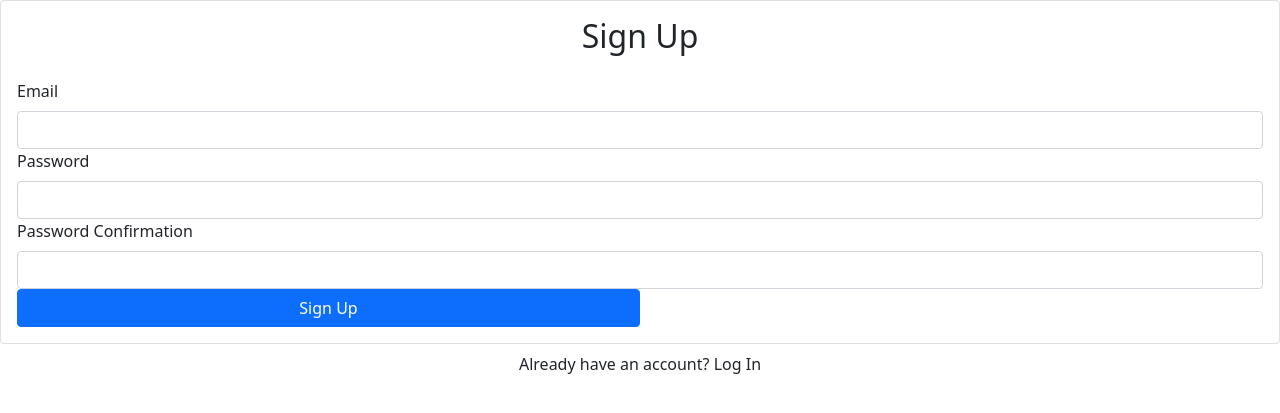
Repository: carinvid/reach-eshop
Page: /signup
These files come from the project's save history. The page is drawn as it stood at one moment and after the next save; the edit follows.
The browser window is 1280 px wide. The pictures show the whole page.
The page's requests for data from a server got no answer. The project was rebuilt for these pictures with package versions that can differ from the ones it lists, and the page was loaded fresh each time. No one was signed in, and anything a server would have sent is missing. Also part of the build but not shown: src/Header.css, src/Header.js, src/Home.css, src/Product.css, src/Product.js, src/Home.js, src/Checkout.css, src/CheckoutProduct.css and 7 more.

Above is the page before, as saved 2022-04-06 15:21:30.

### public/index.html
<!DOCTYPE html>
<html lang="en">
  <head>
    <meta charset="utf-8" />

    <meta name="viewport" content="width=device-width, initial-scale=1" />
    <meta name="theme-color" content="#000000" />

    <title>React App</title>
  </head>
  <body>

    <div id="root"></div>

  </body>
</html>

### src/index.js
import React from 'react';
import ReactDOM from 'react-dom';
import './index.css';
import App from './App';
import reducer, { initialState} from './reducer';
import { StateProvider } from './StateProvider';
import "bootstrap/dist/css/bootstrap.min.css"

ReactDOM.render(
  <React.StrictMode>
    <StateProvider initialState={initialState} reducer = { reducer }>
    <App />
    </StateProvider>
  </React.StrictMode>,
  document.getElementById('root')
);

### src/index.css
body {
  margin: 0;
  background-color: rgba(234, 237,237);
  font-family: -apple-system, BlinkMacSystemFont, 'Segoe UI', 'Roboto', 'Oxygen',
    'Ubuntu', 'Cantarell', 'Fira Sans', 'Droid Sans', 'Helvetica Neue',
    sans-serif;
  -webkit-font-smoothing: antialiased;
  -moz-osx-font-smoothing: grayscale;
}

code {
  font-family: source-code-pro, Menlo, Monaco, Consolas, 'Courier New',
    monospace;
}

### src/App.js

import './App.css';
import Header from "./Header"
import Home from "./Home";
import {BrowserRouter as Router, Route, Switch} from "react-router-dom"
import Checkout from './Checkout';
import Login from './Login';
import Signup from './Signup';

function App() {
  return (
    <div className="App">
      <Router>
        <Switch>
          <Route path="/login">
            <Login />
          </Route>
          <Route path="/signup">
            <Signup />
          </Route>
          <Route path="/checkout">
            <Header />
            <Checkout />
          </Route>
          <Route path="/" >
            <Header />
            <Home />
          </Route>
        </Switch>
      </Router>

    </div>)
}

export default App;

### src/Reducer.js
export const initialState = {
    basket: [],
};

export const getBasketTotal = (basket) => {
    return(basket?.reduce((amount, item) => item.price + amount, 0));
}

const reducer = (state, action) => {
    switch(action.type) {
        case "ADD_TO_BASKET":
            return {
                ...state,
                basket: [...state.basket, action.item],
            }
            case "REMOVE_FROM_BASKET" :
            const index = state.basket.findIndex(
                (basketItem) => basketItem.id === action.id
            );
            let newBasket = [...state.basket];

            if(index >= 0) {
                newBasket.splice(index, 1)
            } else {
                console.warn( `Can't remove product(id: ${action.id}) as it is not in the basket!`)
            }
            return {...state,basket: newBasket}

            default:
            return state;
    }

}

export default reducer;

### src/StateProvider.js
import React, {createContext, useContext, useReducer} from "react";

export const StateContext = createContext();


export const StateProvider = ({ reducer, initialState, children }) => {


    return (
    <StateContext.Provider value={useReducer(reducer, initialState)}>
        {children}
    </StateContext.Provider>
    )
};

export const useStateValue = () => useContext(StateContext);

### src/Signup.js
import React, { useRef } from 'react';
import { Form, Button, Card } from 'react-bootstrap'

export default function Signup() {
    const emailRef = useRef();
    const passwordRef = useRef();
    const passwordConfirmRef = useRef();


  return (
    <>
    <Card>
        <Card.Body>
            <h2 className="text-center mb-4">Sign Up</h2>
            <Form>
                    <Form.Group id= 'email'>
                        <Form.Label>Email</Form.Label>
                        <Form.Control type="email" ref={emailRef} required ></Form.Control>
                    </Form.Group>
                    <Form.Group id="password">
                        <Form.Label>Password</Form.Label>
                        <Form.Control type="password" ref={passwordRef} required ></Form.Control>
                    </Form.Group>
                    <Form.Group id="password-confirm">
                        <Form.Label>Password Confirmation</Form.Label>
                        <Form.Control type="password" ref={passwordConfirmRef} required ></Form.Control>
                    </Form.Group>
                    <Button className="w-50" type="submit">Sign Up</Button>
            </Form>
        </Card.Body>
    </Card>
    <div className="w-100 text-center mt-2">
        Already have an account? Log In
    </div>
    </>
  )
}

Loaded but not shown: src/App.css (common file)

After the next save:
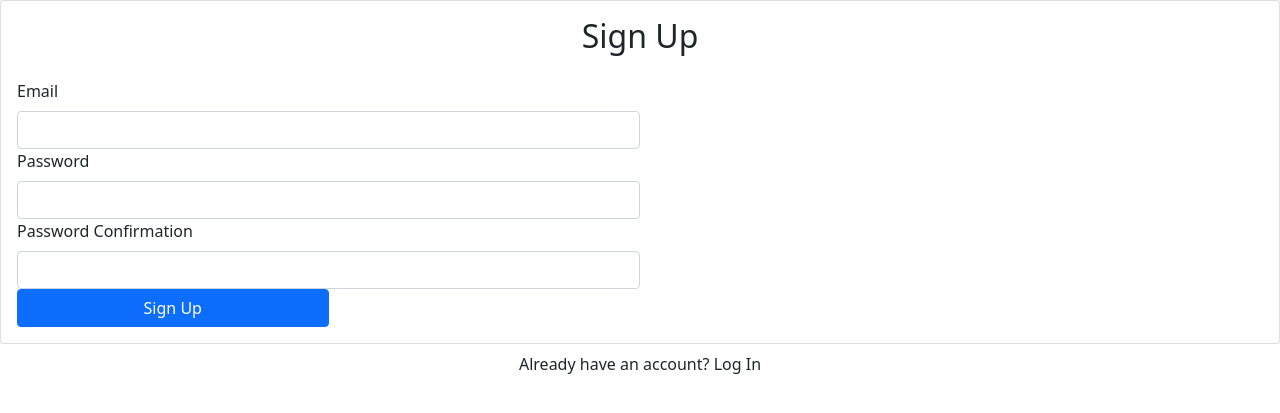
Saved 40 s later.
--- a/src/Signup.js
+++ b/src/Signup.js
@@ -12,7 +12,7 @@ export default function Signup() {
     <Card>
         <Card.Body>
             <h2 className="text-center mb-4">Sign Up</h2>
-            <Form>
+            <Form className="w-50">
                     <Form.Group id= 'email'>
                         <Form.Label>Email</Form.Label>
                         <Form.Control type="email" ref={emailRef} required ></Form.Control>
